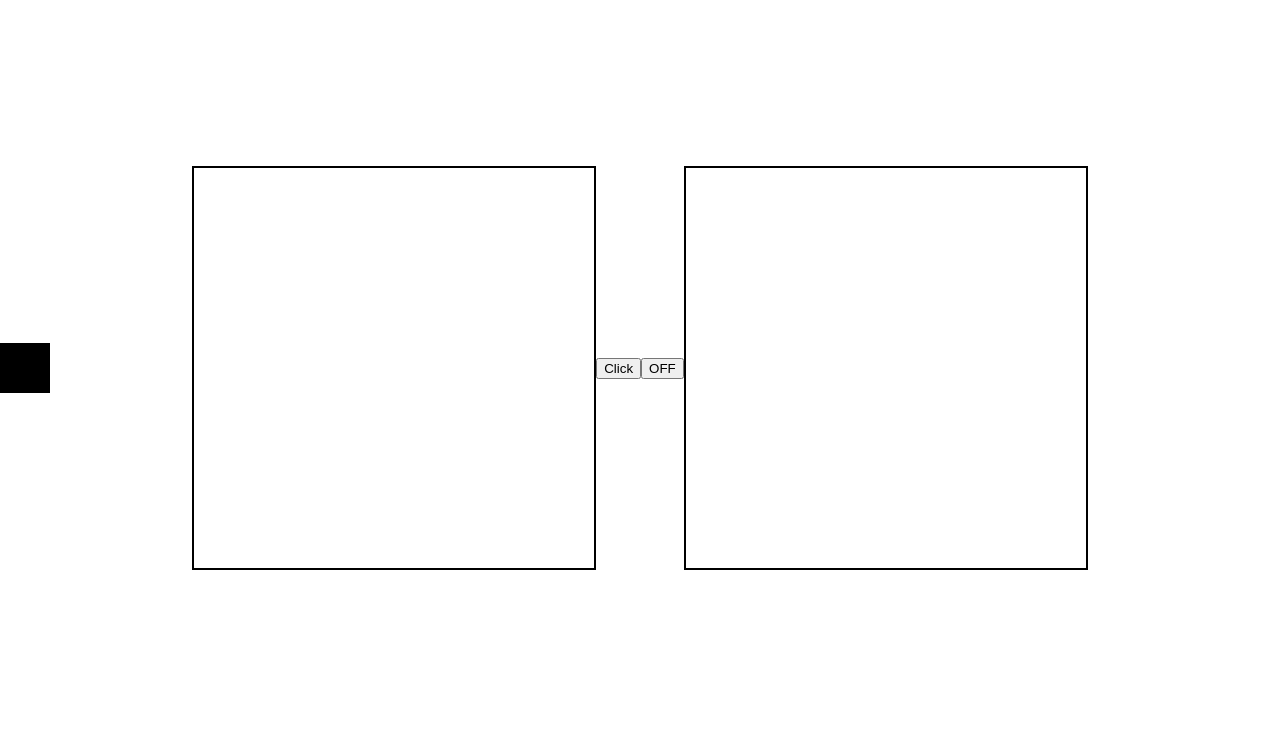
Repository: dmpelaez/photoBoothy
Page: Photobooth.html
An editor plug-in stored every save of this project. The page is shown before and after a run of saves, followed by the edit.
The browser window is 1280 px wide. The pictures show the whole page.

Above is the page before, as saved 2025-12-16 20:58:06.

After the next 2 saves:
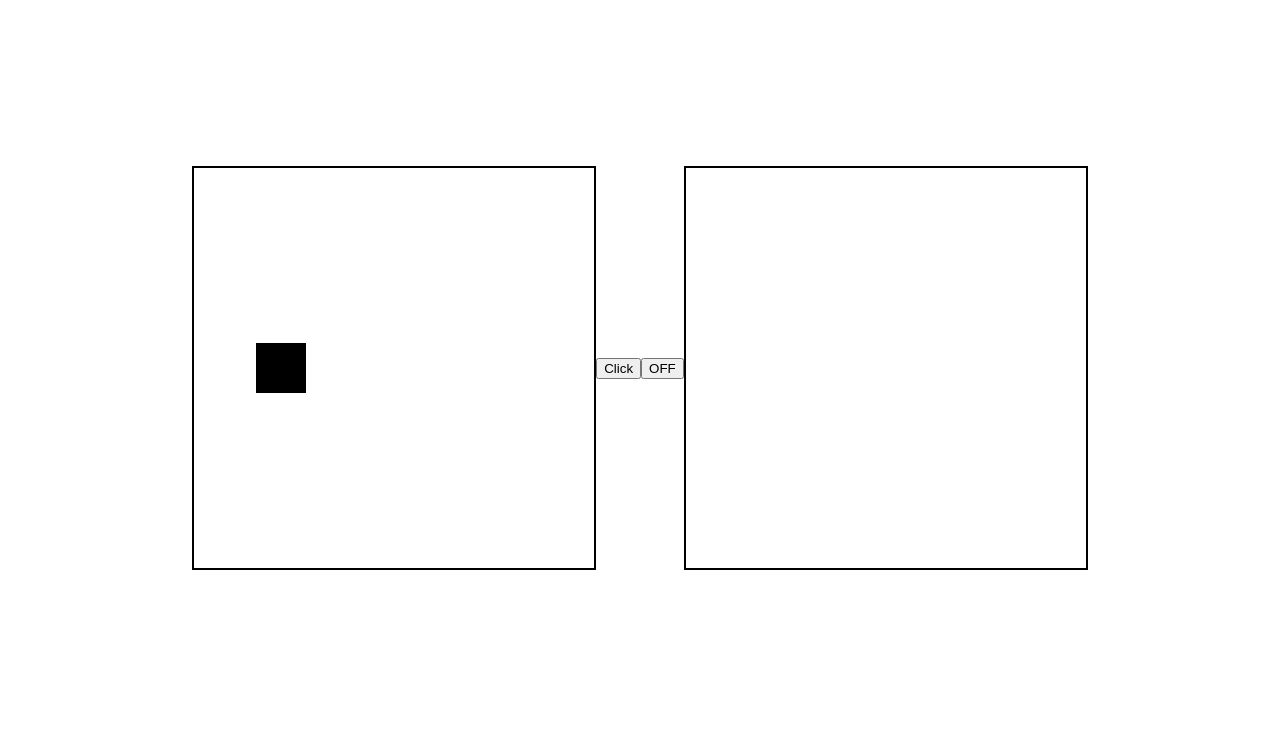
The 2 saves are shown as one change because they came seconds apart.
The last was saved 7 s later.
--- a/Photobooth.css
+++ b/Photobooth.css
@@ -21,7 +21,7 @@ display: initial;
   align-items: center;
   justify-content: center;
   position: absolute;
-  left: 0%;
+  left: 20%;
 }
 
 .timerPhoto {
